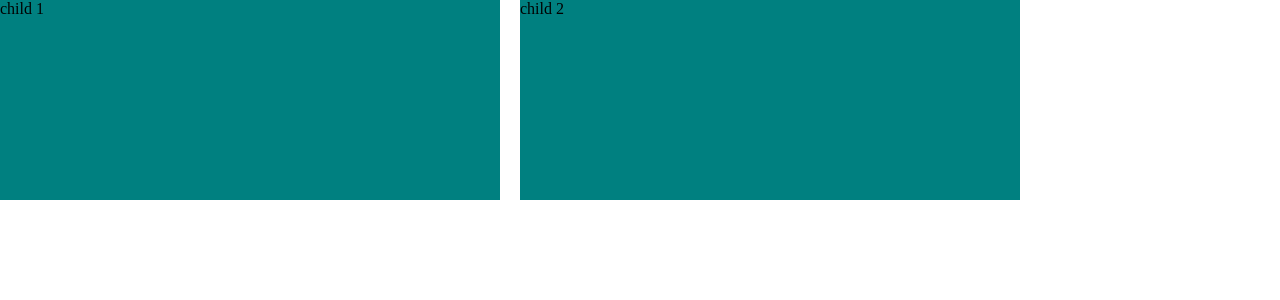
Repository: AytacSafarova/Figma--task
Page: index.html
An editor plug-in stored every save of this project. The page is shown before and after a run of saves, followed by the edit.
The browser window is 1280 px wide. The pictures show the whole page.

Above is the page before, as saved 2023-08-04 14:51:34.
Console error: ReferenceError: camelcase is not defined

After the next 2 saves:
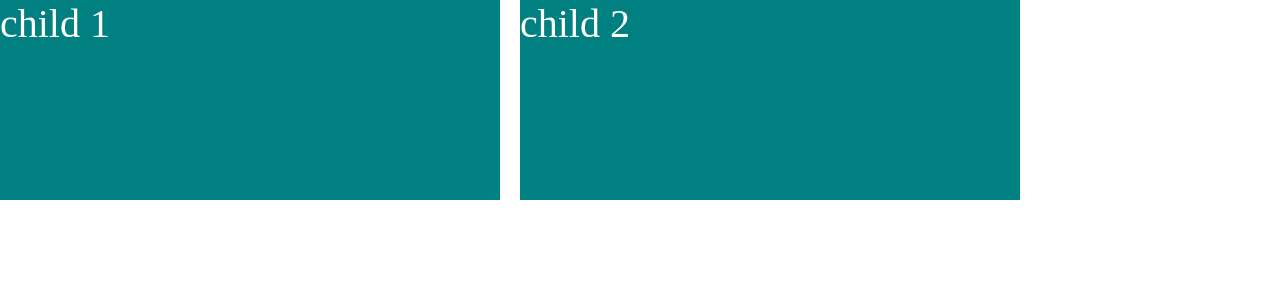
The 2 saves are shown as one change because they came seconds apart.
The last was saved 13 s later.
--- a/index.css
+++ b/index.css
@@ -63,4 +63,6 @@
   height: 200px;
   margin-right: 20px;
 
+  color: white;
+  font-size: 40px;
 }
